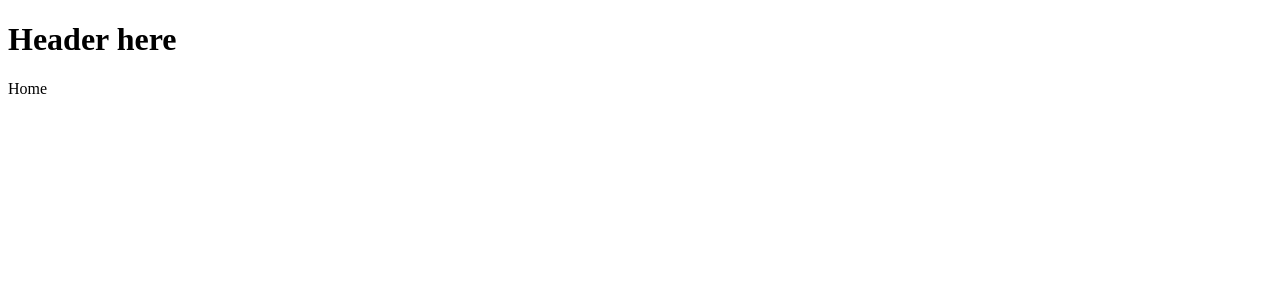
Repository: y-w-lee/class-3
Page: /ExampleOne
These files come from the project's save history. The page is drawn as it stood at one moment and after the next save; the edit follows.
The browser window is 1280 px wide. The pictures show the whole page.
The project was rebuilt for these pictures with package versions that can differ from the ones it lists, and the page was loaded fresh each time. The framework's server and built-in components were replaced by stand-ins that run in the browser. Also part of the build but not shown: next.config.js.

Above is the page before, as saved 2024-01-17 23:58:03.

After the next save:
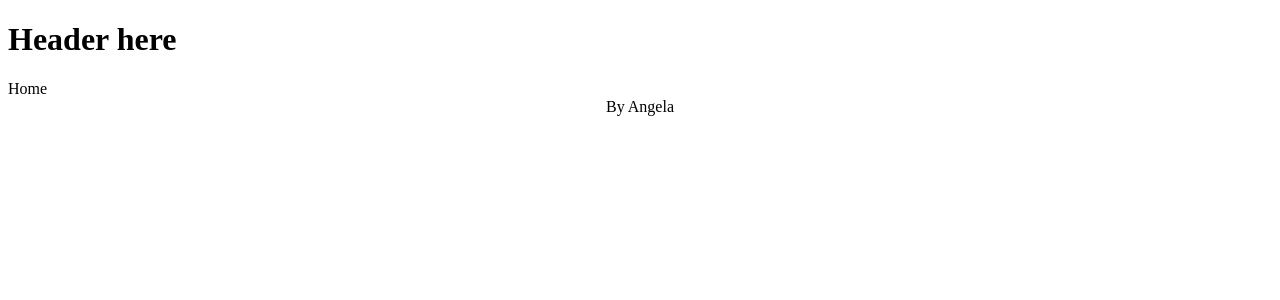
Saved 5 s later.
--- a/pages/ExampleOne.js
+++ b/pages/ExampleOne.js
@@ -9,6 +9,7 @@ export default function ExampleOne () {
         <main>
 
         </main>
+        <Footer/>
         </>
     )
 }
